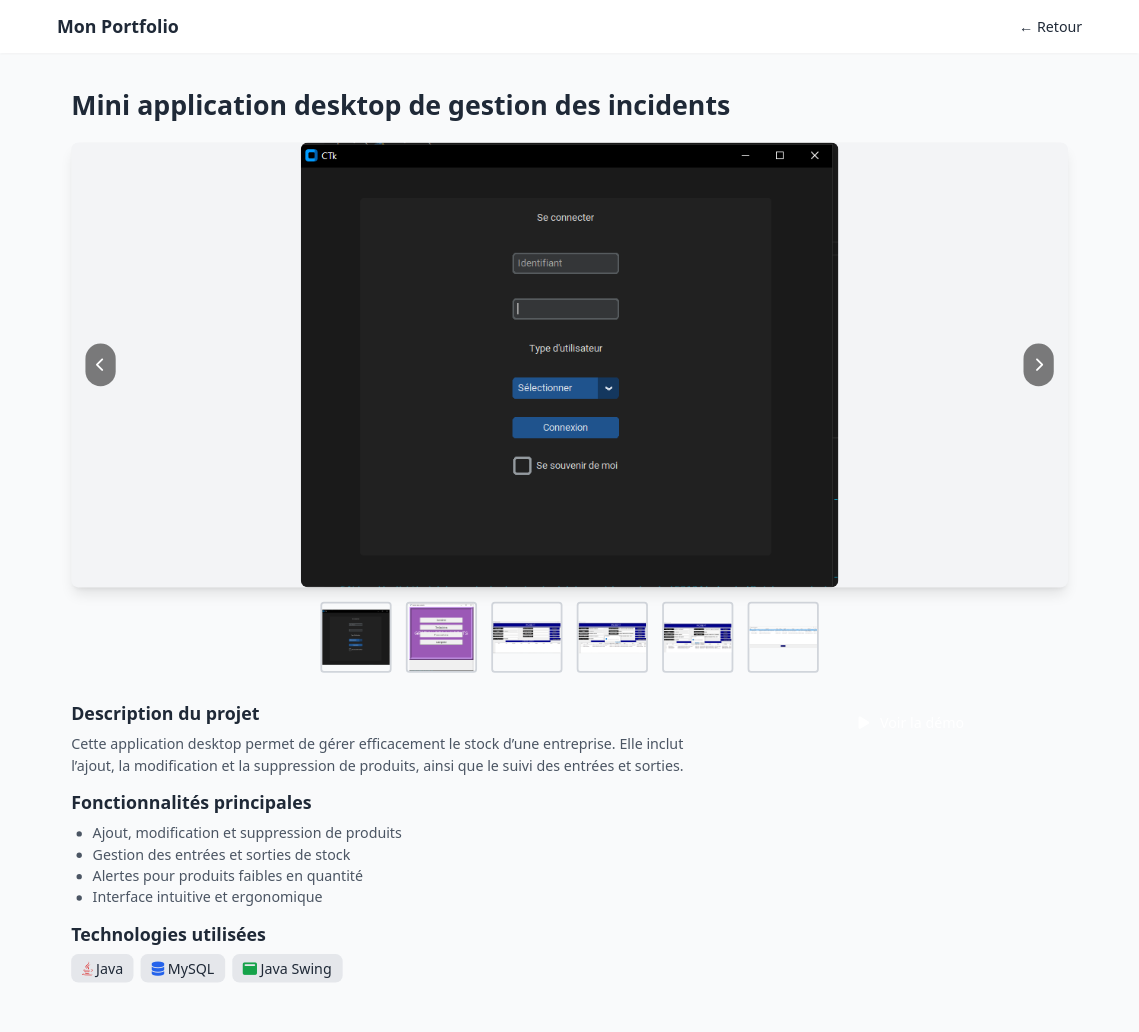
Repository: Edongo999/landry-portfolio
Page: projet-gestion-incidents.html
The author's editor kept a copy of each file at every save. The page is drawn from the files as they stood at one save, then again after the next save.
The browser window is 1280 px wide. The pictures show the whole page, at 89% of full size.
Some web libraries are served in a nearby version.

Above is the page before, as saved 2025-09-14 00:56:49.

### projet-gestion-incidents.html
<!DOCTYPE html>
<html lang="fr">
<head>
  <meta charset="UTF-8" />
  <meta name="viewport" content="width=device-width, initial-scale=1.0" />
  <title>Détail du projet - Portfolio</title>
  <script src="https://cdn.tailwindcss.com"></script>
  <link rel="stylesheet" href="https://cdnjs.cloudflare.com/ajax/libs/font-awesome/6.4.0/css/all.min.css">
</head>
<body class="bg-gray-50 text-gray-800">

  <!-- Header -->
  <header class="bg-white shadow p-4 sticky top-0 z-50">
    <div class="max-w-6xl mx-auto flex justify-between items-center">
      <h1 class="text-xl font-bold">Mon Portfolio</h1>
      <a href="index.html" class="text-primary-600 hover:underline">← Retour</a>
    </div>
  </header>

  <!-- Section Détail Projet -->
  <section class="max-w-6xl mx-auto px-4 py-10">
    <h2 class="text-3xl font-bold mb-6">Mini application desktop de gestion des incidents</h2>

    <!-- Slider images -->
    <div class="relative w-full max-h-[500px] mx-auto overflow-hidden rounded-lg shadow-lg mb-4 flex justify-center items-center bg-gray-100">
      <div id="slide-container" class="w-full flex justify-center items-center"></div>
      <button onclick="prevSlide()" class="absolute top-1/2 left-4 transform -translate-y-1/2 bg-black/50 text-white p-3 rounded-full z-10">
        <i class="fas fa-chevron-left"></i>
      </button>
      <button onclick="nextSlide()" class="absolute top-1/2 right-4 transform -translate-y-1/2 bg-black/50 text-white p-3 rounded-full z-10">
        <i class="fas fa-chevron-right"></i>
      </button>
    </div>

    <!-- Miniatures -->
    <div class="flex justify-center gap-4 mb-8">
      <img src="assets/img/INCIDENTS/incident0.PNG" class="w-20 h-20 object-contain cursor-pointer border-2 border-primary-600 rounded" onclick="goToSlide(0)">
      <img src="assets/img/INCIDENTS/incident1.PNG" class="w-20 h-20 object-contain cursor-pointer border-2 border-gray-300 rounded" onclick="goToSlide(1)">
      <img src="assets/img/INCIDENTS/INCIDENT2.PNG" class="w-20 h-20 object-contain cursor-pointer border-2 border-gray-300 rounded" onclick="goToSlide(2)">
      <img src="assets/img/INCIDENTS/incident3.PNG" class="w-20 h-20 object-contain cursor-pointer border-2 border-gray-300 rounded" onclick="goToSlide(3)">
      <img src="assets/img/INCIDENTS/incident4.PNG" class="w-20 h-20 object-contain cursor-pointer border-2 border-gray-300 rounded" onclick="goToSlide(4)">
      <img src="assets/img/INCIDENTS/incident5.PNG" class="w-20 h-20 object-contain cursor-pointer border-2 border-gray-300 rounded" onclick="goToSlide(5)">
    </div>

    <!-- Description et boutons -->
    <div class="grid grid-cols-1 md:grid-cols-3 gap-8">
      <div class="md:col-span-2">
        <h3 class="text-xl font-semibold mb-2">Description du projet</h3>
        <p class="text-gray-600 mb-4">
          Cette application desktop permet de gérer efficacement le stock d’une entreprise.
          Elle inclut l’ajout, la modification et la suppression de produits, ainsi que le suivi des entrées et sorties.
        </p>

        <h3 class="text-xl font-semibold mb-2">Fonctionnalités principales</h3>
        <ul class="list-disc pl-6 text-gray-600 mb-4">
          <li>Ajout, modification et suppression de produits</li>
          <li>Gestion des entrées et sorties de stock</li>
          <li>Alertes pour produits faibles en quantité</li>
          <li>Interface intuitive et ergonomique</li>
        </ul>

        <h3 class="text-xl font-semibold mb-2">Technologies utilisées</h3>
        <div class="flex flex-wrap gap-2 mb-4">
          <span class="flex items-center gap-1 px-3 py-1 bg-gray-200 rounded-lg">
            <i class="fab fa-java text-red-600"></i> Java
          </span>
          <span class="flex items-center gap-1 px-3 py-1 bg-gray-200 rounded-lg">
            <i class="fas fa-database text-blue-600"></i> MySQL
          </span>
          <span class="flex items-center gap-1 px-3 py-1 bg-gray-200 rounded-lg">
            <i class="fas fa-window-maximize text-green-600"></i> Java Swing
          </span>
        </div>
      </div>

      <!-- Boutons -->
      <div class="space-y-4">
        <a href="projet-gestion-stock.html" class="block w-full bg-primary-600 text-white py-3 rounded-lg text-center hover:bg-primary-700">
          <i class="fas fa-play mr-2"></i> Voir la démo
        </a>
      </div>
    </div>
  </section>

<script>
  const slides = [
    { type: 'image', src: "assets/img/INCIDENTS/incident0.PNG" },
    { type: 'image', src: "assets/img/INCIDENTS/incident1.PNG" },
    { type: 'image', src: "assets/img/INCIDENTS/INCIDENT2.PNG" },
    { type: 'image', src: "assets/img/INCIDENTS/incident3.PNG" },
    { type: 'image', src: "assets/img/INCIDENTS/incident4.PNG" },
    { type: 'image', src: "assets/img/INCIDENTS/INCIDENT5.PNG" },
  ];
  let index = 0;
  let slideInterval;
  let userInteracting = false;

  const container = document.getElementById("slide-container");

  function showSlide() {
    container.innerHTML = '';
    const slide = slides[index];
    const img = document.createElement("img");
    img.src = slide.src;
    img.alt = "Capture du projet";
    img.className = "w-auto max-h-[500px] object-contain rounded-lg transition-all duration-700";
    container.appendChild(img);

    // Mise à jour des miniatures
    const thumbs = document.querySelectorAll('.flex.justify-center img');
    thumbs.forEach((img, i) => {
      img.classList.toggle('border-primary-600', i === index);
      img.classList.toggle('border-gray-300', i !== index);
    });
  }

  function nextSlide() { index = (index + 1) % slides.length; showSlide(); }
  function prevSlide() { index = (index - 1 + slides.length) % slides.length; showSlide(); }
  function goToSlide(i){ index = i; showSlide(); }

  function startAutoSlide() {
    slideInterval = setInterval(()=>{ if(!userInteracting) nextSlide(); }, 20000);
  }

  const slideWrapper = document.querySelector('.relative');
  const thumbnails = document.querySelectorAll('.flex.justify-center img');

  slideWrapper.addEventListener('mouseenter', () => userInteracting = true);
  slideWrapper.addEventListener('mouseleave', () => userInteracting = false);

  thumbnails.forEach((thumb, i)=>{
    thumb.addEventListener('click', ()=>{
      userInteracting = true;
      goToSlide(i);
      setTimeout(()=> userInteracting=false,2000);
    });
  });

  document.querySelector('.absolute.left-4').addEventListener('click', ()=>{
    userInteracting=true;
    prevSlide();
    setTimeout(()=> userInteracting=false,2000);
  });
  document.querySelector('.absolute.right-4').addEventListener('click', ()=>{
    userInteracting=true;
    nextSlide();
    setTimeout(()=> userInteracting=false,2000);
  });

  showSlide();
  startAutoSlide();
</script>
</body>
</html>

After the next save:
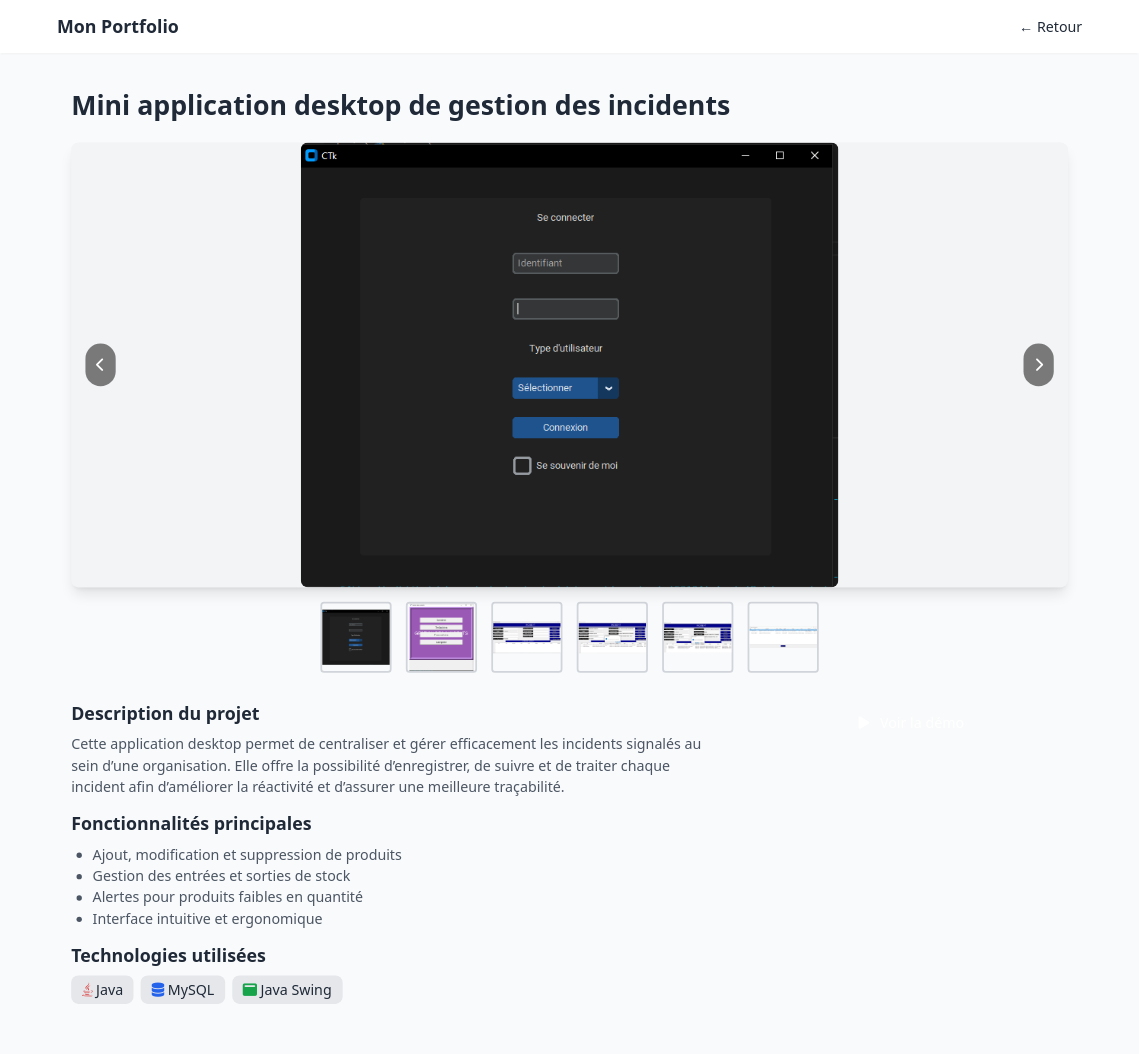
Saved 31 min 18 s later.
--- a/projet-gestion-incidents.html
+++ b/projet-gestion-incidents.html
@@ -47,10 +47,8 @@
       <div class="md:col-span-2">
         <h3 class="text-xl font-semibold mb-2">Description du projet</h3>
         <p class="text-gray-600 mb-4">
-          Cette application desktop permet de gérer efficacement le stock d’une entreprise.
-          Elle inclut l’ajout, la modification et la suppression de produits, ainsi que le suivi des entrées et sorties.
+          Cette application desktop permet de centraliser et gérer efficacement les incidents signalés au sein d’une organisation. Elle offre la possibilité d’enregistrer, de suivre et de traiter chaque incident afin d’améliorer la réactivité et d’assurer une meilleure traçabilité.
         </p>
-
         <h3 class="text-xl font-semibold mb-2">Fonctionnalités principales</h3>
         <ul class="list-disc pl-6 text-gray-600 mb-4">
           <li>Ajout, modification et suppression de produits</li>
